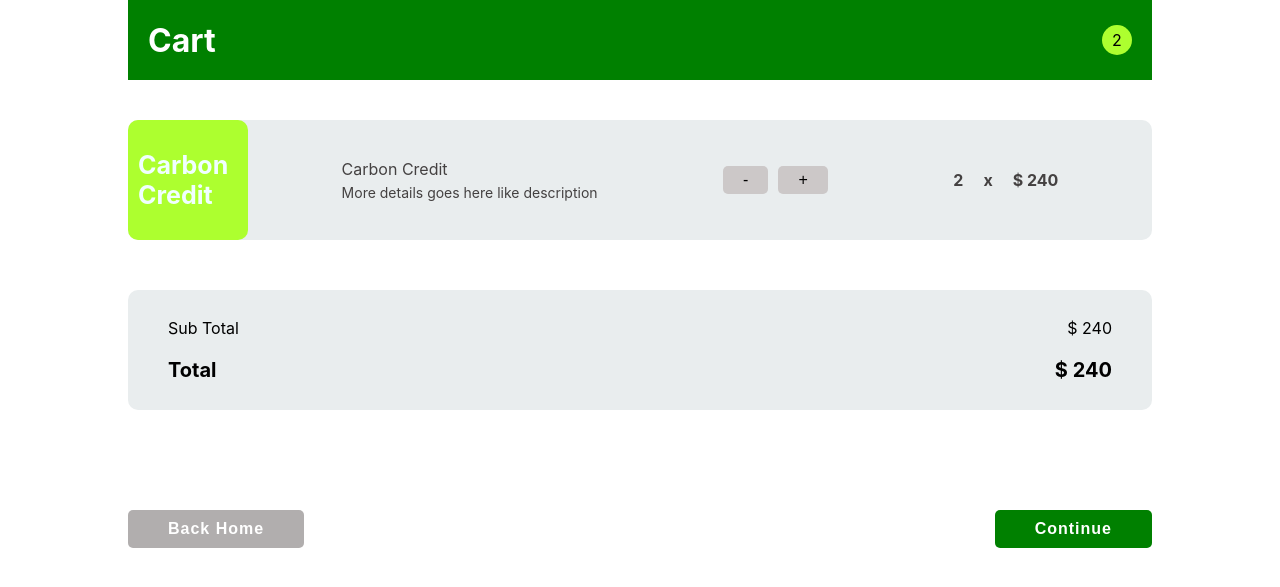
Repository: Yowani24/CarbonApp
Page: /cart
The author's editor kept a copy of each file at every save. The page is drawn from the files as they stood at one save, then again after the next save.
The browser window is 1280 px wide. The pictures show the whole page.
The project was rebuilt for these pictures with package versions that can differ from the ones it lists, and the page was loaded fresh each time. The framework's server and built-in components were replaced by stand-ins that run in the browser. Also part of the build but not shown: next.config.js.

Above is the page before, as saved 2021-09-26 21:24:34.

After the next save:
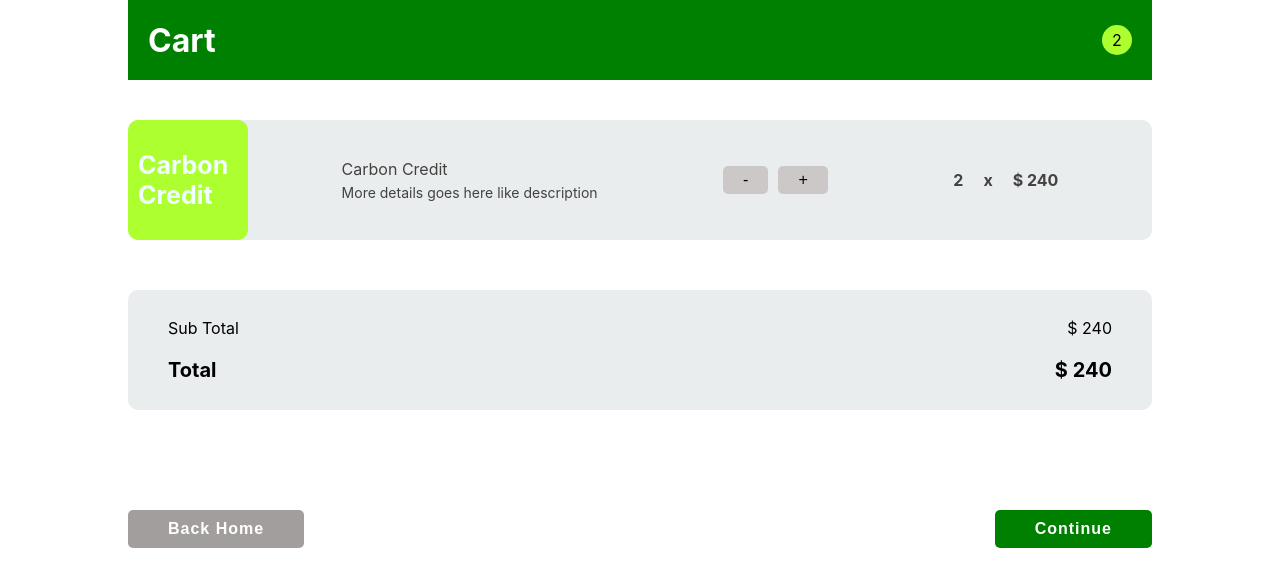
Saved 12 s later.
--- a/pages/cart/Cart.module.css
+++ b/pages/cart/Cart.module.css
@@ -113,7 +113,7 @@
     margin-top: 100px;
 }
 .button_box button:first-child{
-    background: rgb(177, 174, 174);
+    background: rgb(163, 158, 158);
 }
 .button_box button:first-child:hover{
     background: rgb(122, 120, 120);
